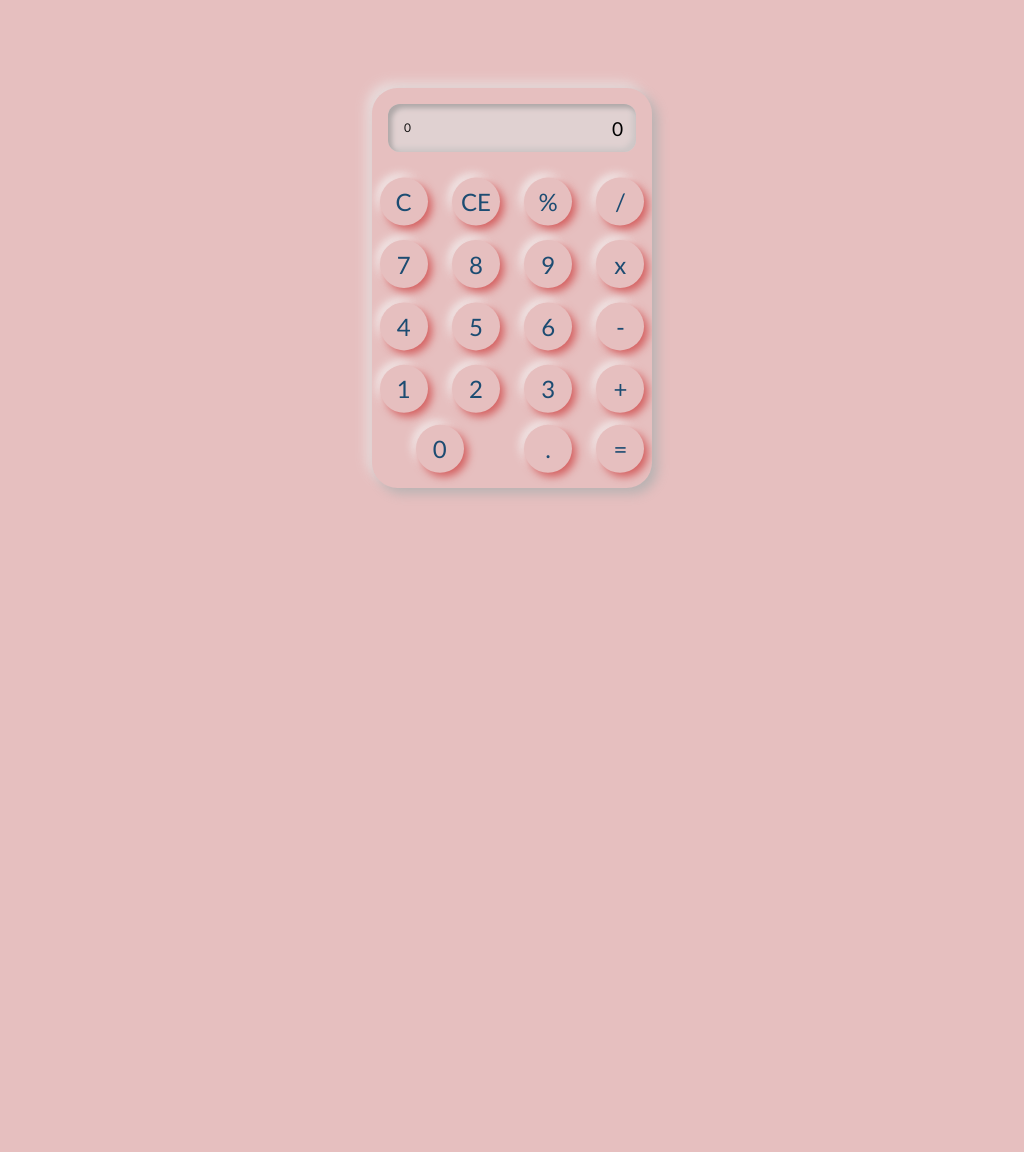
Repository: Goldmyn/Calculator
Page: index.html
These files come from the project's save history. The page is drawn as it stood at one moment and after the next save; the edit follows.
The browser window is 1280 px wide. The pictures show the whole page, at 80% of full size.

Above is the page before, as saved 2022-09-28 04:55:36.

After the next save:
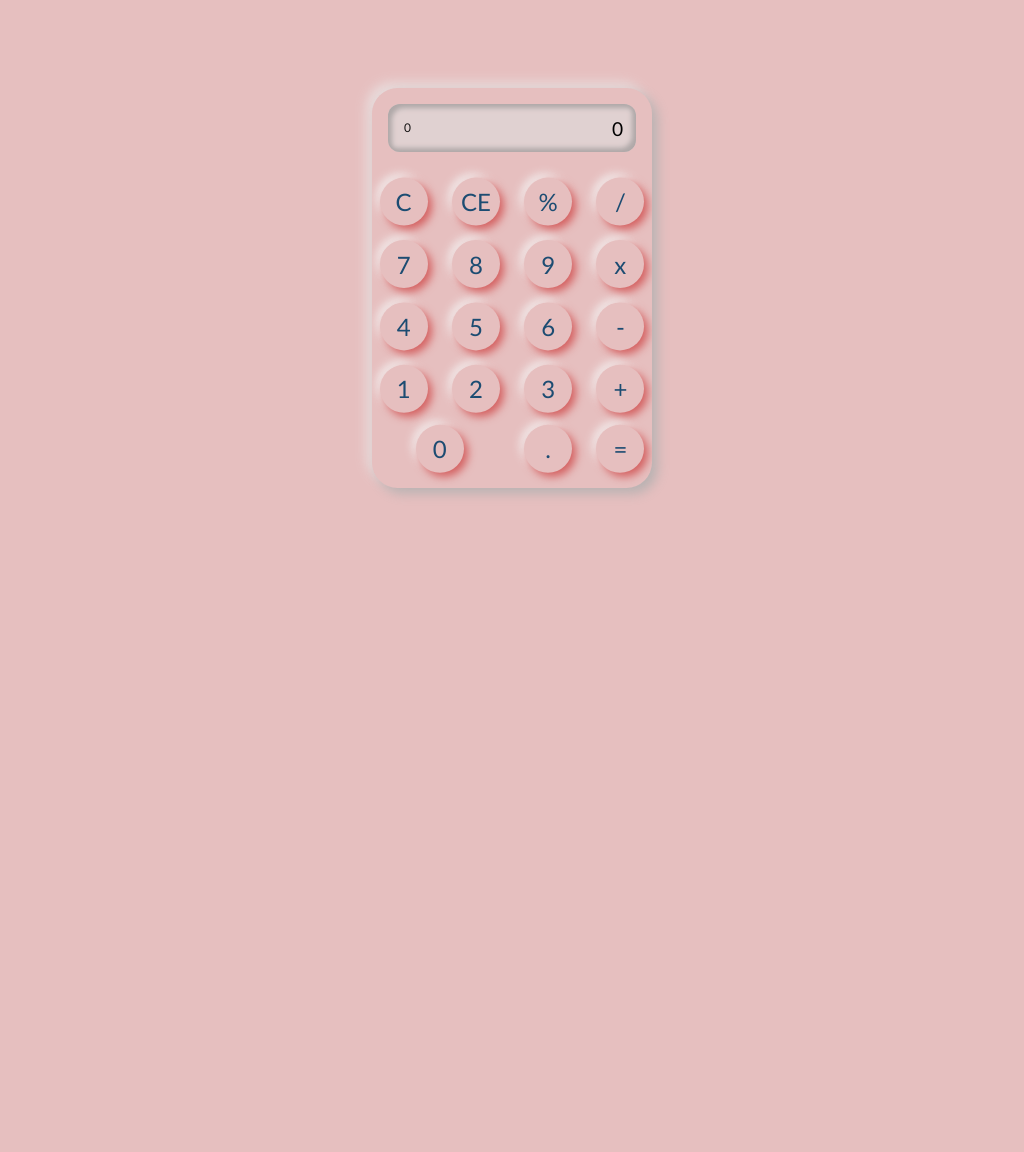
Saved 19 s later.
--- a/index.css
+++ b/index.css
@@ -53,7 +53,7 @@
     border-radius: 15px;
     background: #e0d1d1;
     font-size: 24px;
-    box-shadow: inset 5px 5px 7px #afa8a8, inset -5px -5px 7px #cec7c7;
+    box-shadow: inset 5px 5px 7px #afa8a8, inset -5px -5px 7px #afa8a8;
   }
 
   .temp-result {

After the save that followed:
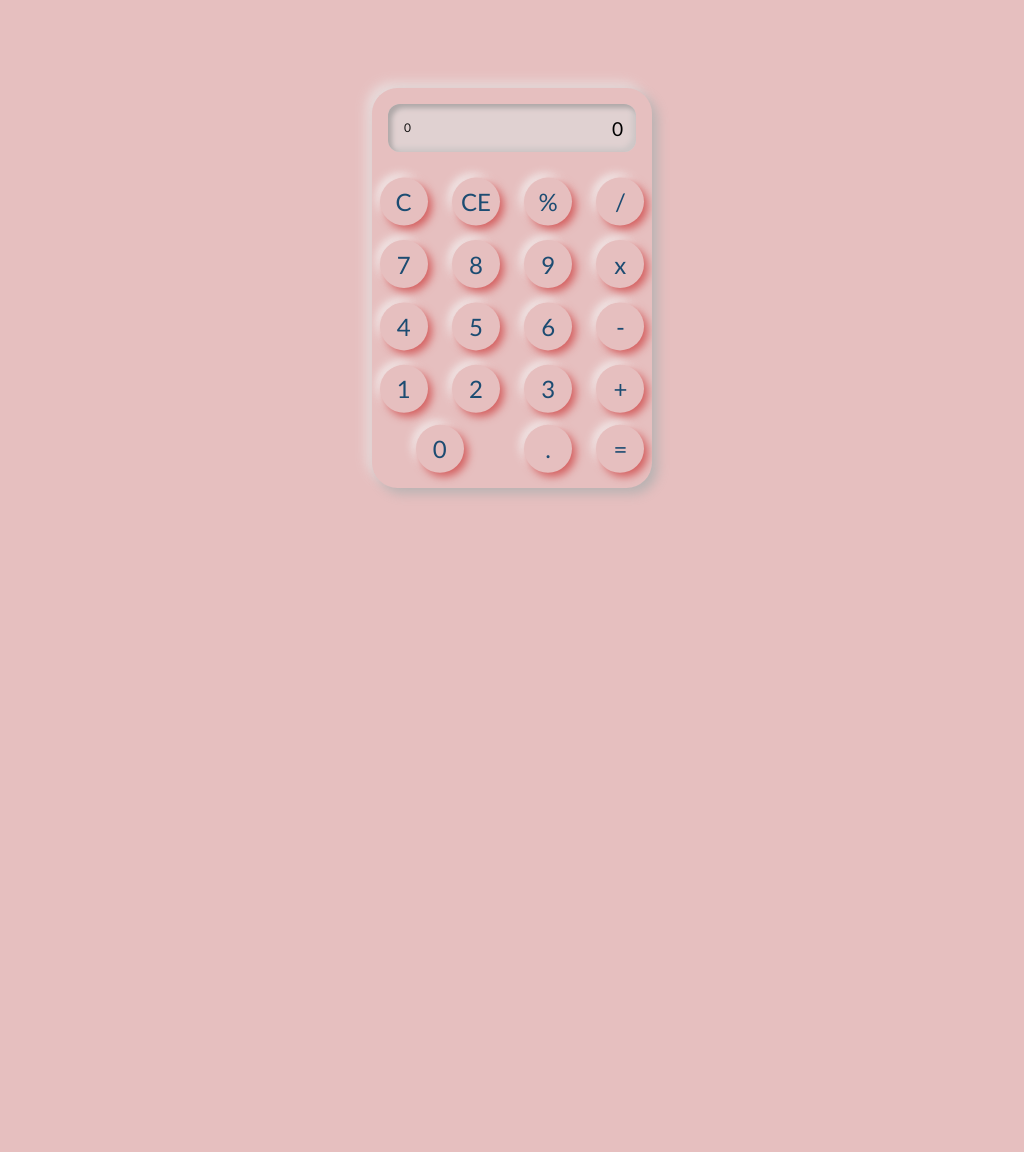
Saved 6 s later.
--- a/index.css
+++ b/index.css
@@ -53,7 +53,7 @@
     border-radius: 15px;
     background: #e0d1d1;
     font-size: 24px;
-    box-shadow: inset 5px 5px 7px #afa8a8, inset -5px -5px 7px #afa8a8;
+    box-shadow: inset 5px 5px 7px #afa8a8, inset -5px -5px 7px #cec7c7;
   }
 
   .temp-result {
